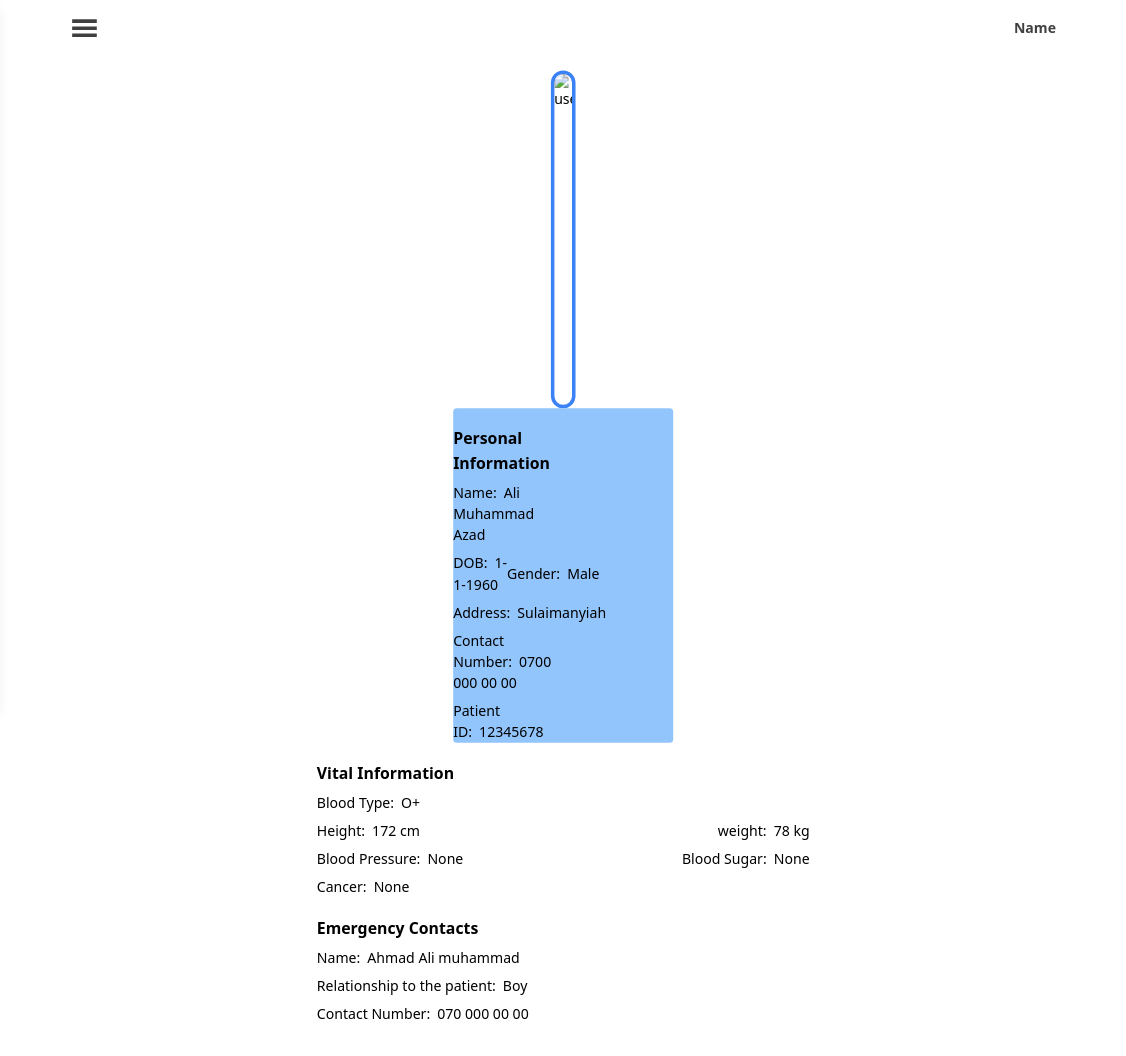
Repository: Sanaa00/HI-user
Page: /home
These files come from the project's save history. The page is drawn as it stood at one moment and after the next save; the edit follows.
The browser window is 1280 px wide. The pictures show the whole page, at 88% of full size.
The page's requests for data from a server got no answer. The project was rebuilt for these pictures with package versions that can differ from the ones it lists, and the page was loaded fresh each time. No one was signed in, and anything a server would have sent is missing. Also part of the build but not shown: vite.config.js, src/App.css, src/Pages/Prescription.jsx, src/Components/modalComponent.jsx, src/Components/Pagination.jsx, src/Pages/Laboratory.jsx, src/Pages/Radiographic.jsx, src/Components/InputField.jsx and 2 more.

Above is the page before, as saved 2024-01-12 14:50:51.

After the next save:
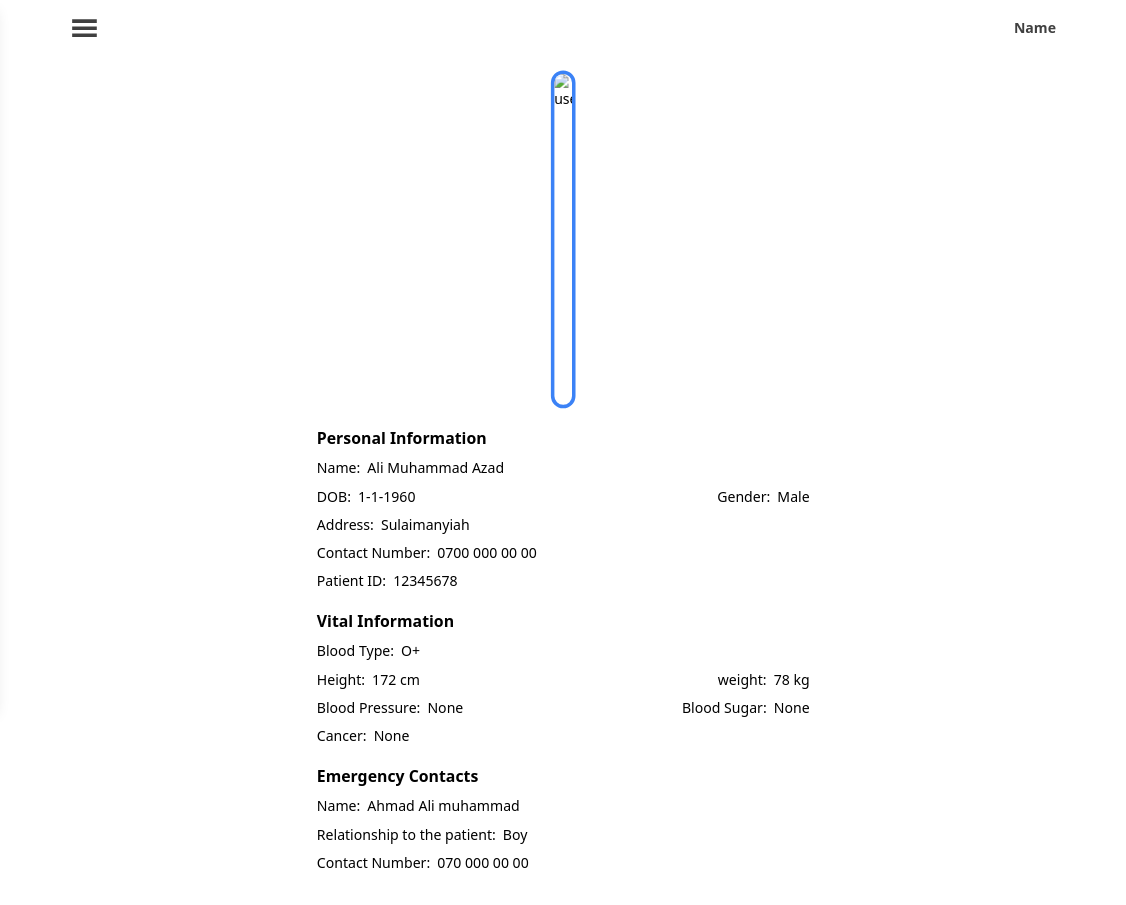
Saved 47 s later.
--- a/src/Pages/Home.jsx
+++ b/src/Pages/Home.jsx
@@ -27,51 +27,50 @@ function Home() {
           alt="user"
         />
       </div>
-      <div className="flex flex-col bg-blue-300 rounded">
-        {' '}
-        <div className="mt-5 font-bold text-lg lg:w-1/2">
-          Personal Information
-        </div>
-        <div className="mt-2 lg:w-1/2">
-          <span>Name:</span>
-          <span className="ml-2">Ali Muhammad Azad</span>
-        </div>{' '}
-        <div className="mt-2 flex justify-between items-center lg:w-1/2">
-          <span>
-            {' '}
-            <span>DOB:</span>
-            <span className="ml-2">1-1-1960</span>
-          </span>{' '}
-          <span>
-            {' '}
-            <span>Gender:</span>
-            <span className="ml-2">Male</span>
-          </span>
-        </div>{' '}
-        {/* ******************** */}
-        <div className="mt-2 flex justify-between items-center lg:w-1/2">
-          <span>
-            {' '}
-            <span>Address:</span>
-            <span className="ml-2">Sulaimanyiah</span>
-          </span>
-        </div>
-        {/* ****************** */}
-        <div className="mt-2 flex justify-between items-center lg:w-1/2">
-          <span>
-            {' '}
-            <span>Contact Number:</span>
-            <span className="ml-2">0700 000 00 00</span>
-          </span>{' '}
-        </div>{' '}
-        <div className="mt-2 flex justify-between items-center lg:w-1/2">
-          <span>
-            {' '}
-            <span>Patient ID:</span>
-            <span className="ml-2">12345678</span>
-          </span>{' '}
-        </div>
+      {/* <div className="flex flex-col bg-blue-300 rounded"> */}{' '}
+      <div className="mt-5 font-bold text-lg lg:w-1/2">
+        Personal Information
       </div>
+      <div className="mt-2 lg:w-1/2">
+        <span>Name:</span>
+        <span className="ml-2">Ali Muhammad Azad</span>
+      </div>{' '}
+      <div className="mt-2 flex justify-between items-center lg:w-1/2">
+        <span>
+          {' '}
+          <span>DOB:</span>
+          <span className="ml-2">1-1-1960</span>
+        </span>{' '}
+        <span>
+          {' '}
+          <span>Gender:</span>
+          <span className="ml-2">Male</span>
+        </span>
+      </div>{' '}
+      {/* ******************** */}
+      <div className="mt-2 flex justify-between items-center lg:w-1/2">
+        <span>
+          {' '}
+          <span>Address:</span>
+          <span className="ml-2">Sulaimanyiah</span>
+        </span>
+      </div>
+      {/* ****************** */}
+      <div className="mt-2 flex justify-between items-center lg:w-1/2">
+        <span>
+          {' '}
+          <span>Contact Number:</span>
+          <span className="ml-2">0700 000 00 00</span>
+        </span>{' '}
+      </div>{' '}
+      <div className="mt-2 flex justify-between items-center lg:w-1/2">
+        <span>
+          {' '}
+          <span>Patient ID:</span>
+          <span className="ml-2">12345678</span>
+        </span>{' '}
+      </div>
+      {/* </div> */}
       {/* **********vital information*********** */}
       <div className="mt-5 font-bold text-lg lg:w-1/2">Vital Information</div>
       <div className="mt-2 flex justify-between items-center lg:w-1/2">
